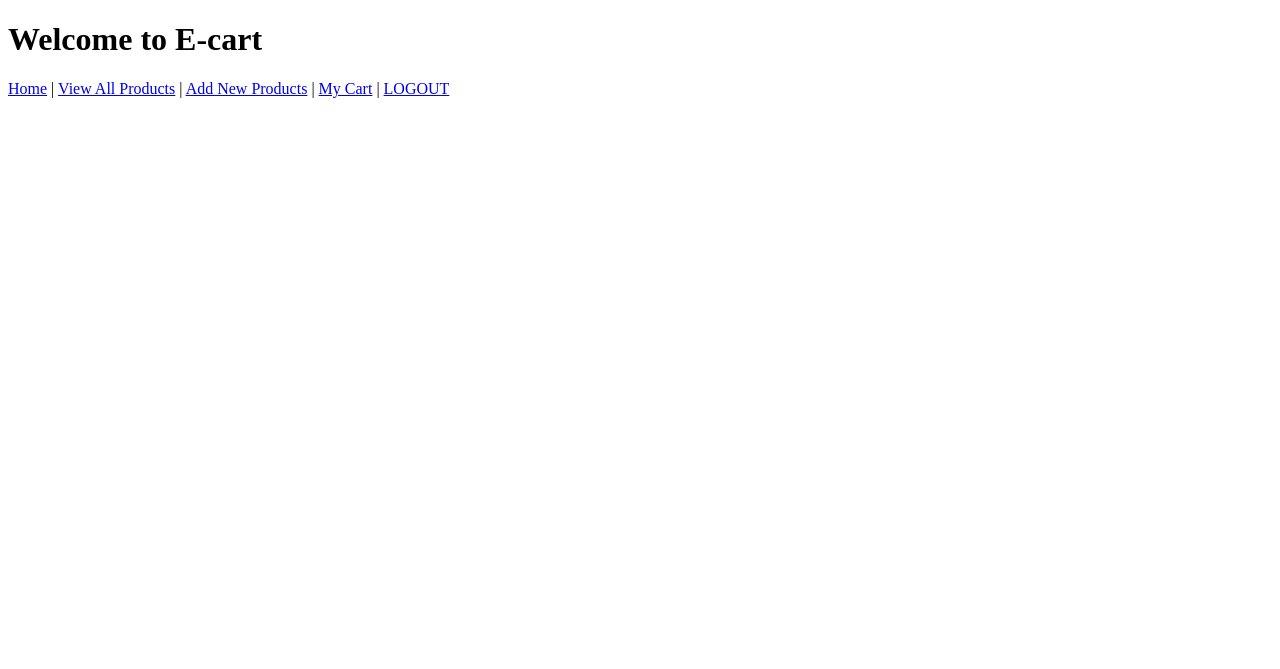
Repository: akashbhasy/AllTrainingProjects_MC-SB
Page: http://localhost/ProductPortalApp/WEB-INF/views/index.jsp
The author's editor kept a copy of each file at every save. The page is drawn from the files as they stood at one save, then again after the next save.
The browser window is 1280 px wide. The pictures show the whole page.
The page is served by Tomcat 9. Nobody is signed in. The template is opened directly, without the code that normally fills it, so the values that code supplies are empty.

Above is the page before, as saved 2021-05-16 10:22:59.

After the next save:
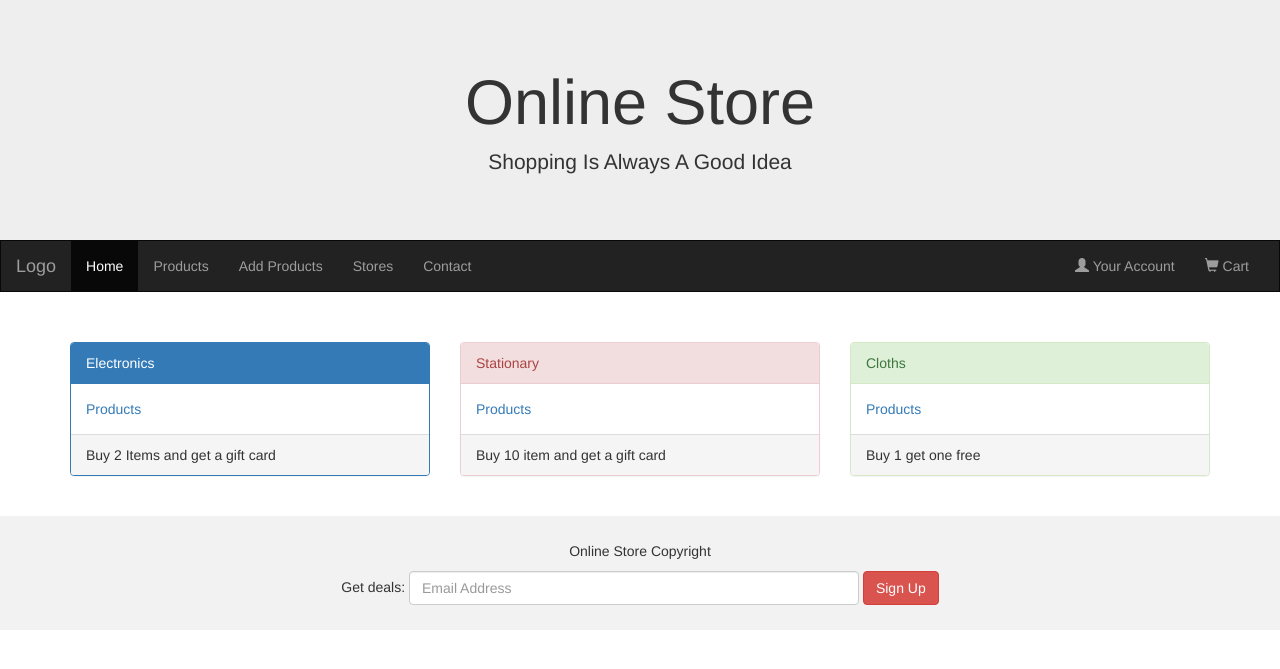
Saved 38 min 8 s later.
--- a/ProductPortalApp/src/main/webapp/WEB-INF/views/index.jsp
+++ b/ProductPortalApp/src/main/webapp/WEB-INF/views/index.jsp
@@ -1,18 +1,105 @@
-<%@ page language="java" contentType="text/html; charset=ISO-8859-1"
-    pageEncoding="ISO-8859-1"%>
 <!DOCTYPE html>
-<html>
+<html lang="en">
 <head>
-<meta charset="ISO-8859-1">
-<title>Insert title here</title>
+  <title>OnlineStore</title>
+  <meta charset="utf-8">
+  <meta name="viewport" content="width=device-width, initial-scale=1">
+  <link rel="stylesheet" href="https://maxcdn.bootstrapcdn.com/bootstrap/3.4.1/css/bootstrap.min.css">
+  <script src="https://ajax.googleapis.com/ajax/libs/jquery/3.5.1/jquery.min.js"></script>
+  <script src="https://maxcdn.bootstrapcdn.com/bootstrap/3.4.1/js/bootstrap.min.js"></script>
+  <style>
+    /* Remove the navbar's default rounded borders and increase the bottom margin */
+    .navbar {
+      margin-bottom: 50px;
+      border-radius: 0;
+    }
+
+    /* Remove the jumbotron's default bottom margin */
+     .jumbotron {
+      margin-bottom: 0;
+
+    }
+
+    /* Add a gray background color and some padding to the footer */
+    footer {
+      background-color: #f2f2f2;
+      padding: 25px;
+    }
+  </style>
 </head>
 <body>
-<h1>Welcome to E-cart</h1>
-  <a href=index> Home</a> |
-<a href=viewAllProducts> View All Products</a> |
-<a href=addproduct> Add New Products</a> |
-<a href=cart/mycart> My Cart</a> |
-<a href="/logout">LOGOUT</a>
+
+<div class="jumbotron">
+  <div class="container text-center">
+    <h1>Online Store</h1>
+    <p>Shopping Is Always A Good Idea</p>
+  </div>
+</div>
+
+<nav class="navbar navbar-inverse">
+  <div class="container-fluid">
+    <div class="navbar-header">
+      <button type="button" class="navbar-toggle" data-toggle="collapse" data-target="#myNavbar">
+        <span class="icon-bar"></span>
+        <span class="icon-bar"></span>
+        <span class="icon-bar"></span>
+      </button>
+      <a class="navbar-brand" href="#">Logo</a>
+    </div>
+    <div class="collapse navbar-collapse" id="myNavbar">
+      <ul class="nav navbar-nav">
+        <li class="active"><a href="index">Home</a></li>
+        <li><a href="viewAllProducts">Products</a></li>
+        <li><a href="addproduct">Add Products</a></li>
+        <li><a href="#">Stores</a></li>
+        <li><a href="#">Contact</a></li>
+      </ul>
+      <ul class="nav navbar-nav navbar-right">
+
+	  <li class="dropdown"><a class="dropdown-toggle" data-toggle="dropdown" href="#"><span class="glyphicon glyphicon-user"></span> Your Account</a>
+        <ul class="dropdown-menu">
+          <li><a href="#">Profile View</a></li>
+          <li><a href="/logout">Logout</a></li>
+         </ul>
+	  <li><a href="cart/mycart"><span class="glyphicon glyphicon-shopping-cart"></span> Cart</a></li>
+      </ul>
+    </div>
+  </div>
+</nav>
+
+<div class="container">
+  <div class="row">
+    <div class="col-sm-4">
+      <div class="panel panel-primary">
+        <div class="panel-heading">Electronics</div>
+        <div class="panel-body"><a href="viewAllProducts">Products</a></div>
+        <div class="panel-footer">Buy 2 Items and get a gift card</div>
+      </div>
+    </div>
+    <div class="col-sm-4">
+      <div class="panel panel-danger">
+        <div class="panel-heading">Stationary</div>
+       <div class="panel-body"><a href="viewAllProducts">Products</a></div>
+        <div class="panel-footer">Buy 10 item and get a gift card</div>
+      </div>
+    </div>
+    <div class="col-sm-4">
+      <div class="panel panel-success">
+        <div class="panel-heading">Cloths</div>
+       <div class="panel-body"><a href="viewAllProducts">Products</a></div>
+        <div class="panel-footer">Buy 1 get one free</div>
+      </div>
+    </div>
+  </div>
+</div><br>
+
+<footer class="container-fluid text-center">
+  <p>Online Store Copyright</p>
+  <form class="form-inline">Get deals:
+    <input type="email" class="form-control" size="50" placeholder="Email Address">
+    <button type="button" class="btn btn-danger">Sign Up</button>
+  </form>
+</footer>
 
 </body>
 </html>
